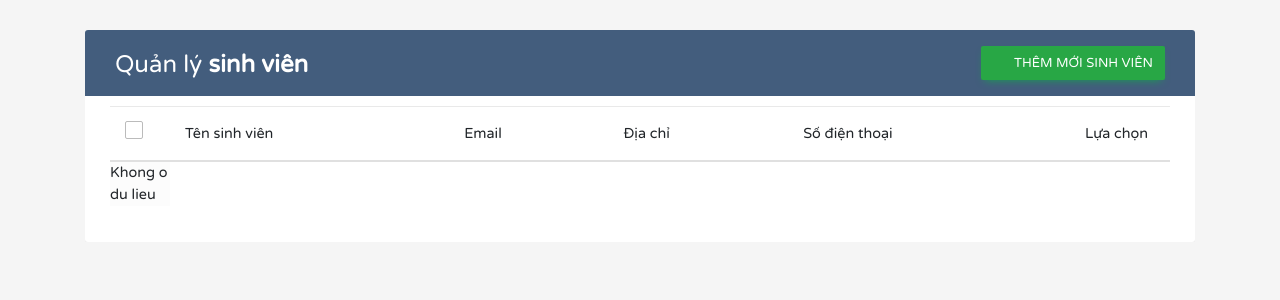
Repository: TinhTT336/MD02_Session06
Page: /
An editor plug-in stored every save of this project. The page is shown before and after the next save, followed by the edit.
The browser window is 1280 px wide. The pictures show the whole page.
Some web libraries are served in a nearby version. The project was rebuilt for these pictures with package versions that can differ from the ones it lists, and the page was loaded fresh each time. Also part of the build but not shown: vite.config.js, src/App.css, src/mini_project/TodoList.jsx, src/mini_project/Todo.jsx, src/base/Input.jsx, src/base/Radio.jsx, src/base/Checkbox.jsx, src/Homework/AddModal.jsx and 2 more.

Above is the page before, as saved 2023-09-03 12:43:57.

### index.html
<!doctype html>
<html lang="en">

<head>
  <meta charset="UTF-8" />
  <link rel="icon" type="image/svg+xml" href="/vite.svg" />
  <meta name="viewport" content="width=device-width, initial-scale=1.0" />
  <title>Vite + React</title>
  <link href="https://cdnjs.cloudflare.com/ajax/libs/font-awesome/6.0.0/css/all.min.css" rel="stylesheet" />
  <link href="https://fonts.googleapis.com/css?family=Roboto:300,400,500,700&display=swap" rel="stylesheet" />
  <link href="https://cdnjs.cloudflare.com/ajax/libs/mdb-ui-kit/6.2.0/mdb.min.css" rel="stylesheet" />
  <link rel="stylesheet" href="https://fonts.googleapis.com/css?family=Roboto|Varela+Round">
  <link rel="stylesheet" href="https://stackpath.bootstrapcdn.com/bootstrap/4.5.0/css/bootstrap.min.css">
  <link rel="stylesheet" href="https://fonts.googleapis.com/icon?family=Material+Icons">
  <link rel="stylesheet" href="https://maxcdn.bootstrapcdn.com/font-awesome/4.7.0/css/font-awesome.min.css">
  <link rel="stylesheet" href="./public/css/index.css">

</head>

<body>
  <div id="root"></div>
  <script type="module" src="/src/main.jsx"></script>
</body>

</html>

### public/css/index.css
body {
	color: #566787;
	background: #f5f5f5;
	font-family: 'Varela Round', sans-serif;
	font-size: 13px;
}

.table-responsive {
	margin: 30px 0;
}

.table-wrapper {
	background: #fff;
	padding: 20px 25px;
	border-radius: 3px;
	min-width: 1000px;
	box-shadow: 0 1px 1px rgba(0, 0, 0, .05);
}

.table-title {
	padding-bottom: 15px;
	background: #435d7d;
	color: #fff;
	padding: 16px 30px;
	min-width: 100%;
	margin: -20px -25px 10px;
	border-radius: 3px 3px 0 0;
}

.table-title h2 {
	margin: 5px 0 0;
	font-size: 24px;
}

.table-title .btn-group {
	float: right;
}

.table-title .btn {
	color: #fff;
	float: right;
	font-size: 13px;
	border: none;
	min-width: 50px;
	border-radius: 2px;
	border: none;
	outline: none !important;
	margin-left: 10px;
}

.table-title .btn i {
	float: left;
	font-size: 21px;
	margin-right: 5px;
}

.table-title .btn span {
	float: left;
	margin-top: 2px;
}

table.table tr th,
table.table tr td {
	border-color: #e9e9e9;
	padding: 12px 15px;
	vertical-align: middle;
}

table.table tr th:first-child {
	width: 60px;
}

table.table tr th:last-child {
	width: 100px;
}

table.table-striped tbody tr:nth-of-type(odd) {
	background-color: #fcfcfc;
}

table.table-striped.table-hover tbody tr:hover {
	background: #f5f5f5;
}

table.table th i {
	font-size: 13px;
	margin: 0 5px;
	cursor: pointer;
}

table.table td:last-child i {
	opacity: 0.9;
	font-size: 22px;
	margin: 0 5px;
}

table.table td a {
	font-weight: bold;
	color: #566787;
	display: inline-block;
	text-decoration: none;
	outline: none !important;
}

table.table td a:hover {
	color: #2196F3;
}

table.table td a.edit {
	color: #FFC107;
}

table.table td a.delete {
	color: #F44336;
}

table.table td i {
	font-size: 19px;
}

table.table .avatar {
	border-radius: 50%;
	vertical-align: middle;
	margin-right: 10px;
}

.pagination {
	float: right;
	margin: 0 0 5px;
}

.pagination li a {
	border: none;
	font-size: 13px;
	min-width: 30px;
	min-height: 30px;
	color: #999;
	margin: 0 2px;
	line-height: 30px;
	border-radius: 2px !important;
	text-align: center;
	padding: 0 6px;
}

.pagination li a:hover {
	color: #666;
}

.pagination li.active a,
.pagination li.active a.page-link {
	background: #03A9F4;
}

.pagination li.active a:hover {
	background: #0397d6;
}

.pagination li.disabled i {
	color: #ccc;
}

.pagination li i {
	font-size: 16px;
	padding-top: 6px
}

.hint-text {
	float: left;
	margin-top: 10px;
	font-size: 13px;
}

/* Custom checkbox */
.custom-checkbox {
	position: relative;
}

.custom-checkbox input[type="checkbox"] {
	opacity: 0;
	position: absolute;
	margin: 5px 0 0 3px;
	z-index: 9;
}

.custom-checkbox label:before {
	width: 18px;
	height: 18px;
}

.custom-checkbox label:before {
	content: '';
	margin-right: 10px;
	display: inline-block;
	vertical-align: text-top;
	background: white;
	border: 1px solid #bbb;
	border-radius: 2px;
	box-sizing: border-box;
	z-index: 2;
}

.custom-checkbox input[type="checkbox"]:checked+label:after {
	content: '';
	position: absolute;
	left: 6px;
	top: 3px;
	width: 6px;
	height: 11px;
	border: solid #000;
	border-width: 0 3px 3px 0;
	transform: inherit;
	z-index: 3;
	transform: rotateZ(45deg);
}

.custom-checkbox input[type="checkbox"]:checked+label:before {
	border-color: #03A9F4;
	background: #03A9F4;
}

.custom-checkbox input[type="checkbox"]:checked+label:after {
	border-color: #fff;
}

.custom-checkbox input[type="checkbox"]:disabled+label:before {
	color: #b8b8b8;
	cursor: auto;
	box-shadow: none;
	background: #ddd;
}

/* Modal styles */
.modal .modal-dialog {
	max-width: 400px;
}

.modal .modal-header,
.modal .modal-body,
.modal .modal-footer {
	padding: 20px 30px;
}

.modal .modal-content {
	border-radius: 3px;
	font-size: 14px;
}

.modal .modal-footer {
	background: #ecf0f1;
	border-radius: 0 0 3px 3px;
}

.modal .modal-title {
	display: inline-block;
}

.modal .form-control {
	border-radius: 2px;
	box-shadow: none;
	border-color: #dddddd;
}

.modal textarea.form-control {
	resize: vertical;
}

.modal .btn {
	border-radius: 2px;
	min-width: 100px;
}

.modal form label {
	font-weight: normal;
}

### src/App.jsx
import { useState } from "react";
import reactLogo from "./assets/react.svg";
import viteLogo from "/vite.svg";
import "./App.css";
import TodoList from "./mini_project/TodoList";
import Todo from "./mini_project/Todo";
import Input from "./base/Input";
import Radio from "./base/Radio";
import Checkbox from "./base/Checkbox";
import Index from "./Homework/Index";

function App() {
  const [count, setCount] = useState(0);

  return (
    <>
      {/* <TodoList /> */}
      {/* <Todo /> */}
      {/* <Input /> */}
      {/* <Radio /> */}
      {/* <Checkbox /> */}
      <Index />
    </>
  );
}

export default App;

### src/Homework/Index.jsx
import React from 'react'
import Table from './Table'
import AddModal from './AddModal'
import EditModal from './EditModal'

export default function Index() {
    return (
        <div>
            <Table />
            {/* <AddModal /> */}
            {/* <EditModal /> */}
        </div>
    )
}

### src/Homework/Table.jsx
import React, { useState } from 'react'
import AddModal from './AddModal';

export default function Table() {
    const [showAdd, setShowAdd] = useState(false);
    const [showEdit, setShowEdit] = useState(false);
    const [showDelete, setShowDelete] = useState(false);
    const [listStudent, setListStudent] = useState(() => {
        const students = JSON.parse(localStorage.getItem('students')) || [];
        return students;
    })

    // ham hien form add
    const handleShowAdd = () => {
        setShowAdd(true);
    }
    // ham an form add
    const handleCloseAdd = () => {
        setShowAdd(false);
    }
    return (
        <>
            {showAdd ? (<AddModal handleCloseAdd={handleCloseAdd} listStudent={listStudent} />) : (<></>)}
            <div className="container-xl">
                <div className="table-responsive">
                    <div className="table-wrapper">
                        <div className="table-title">
                            <div className="row">
                                <div className="col-sm-6">
                                    <h2>
                                        Quản lý <b>sinh viên</b>
                                    </h2>
                                </div>
                                <div className="col-sm-6">
                                    <a onClick={handleShowAdd}
                                        className="btn
                              btn-success"
                                        data-toggle="modal"
                                    >
                                        <i className="material-icons"></i>
                                        <span>Thêm mới sinh viên</span>
                                    </a>
                                </div>
                            </div>
                        </div>
                        <table className="table table-striped table-hover">
                            <thead>
                                <tr>
                                    <th>
                                        <span className="custom-checkbox">
                                            <input type="checkbox" id="selectAll" />
                                            <label htmlFor="selectAll" />
                                        </span>
                                    </th>
                                    <th>Tên sinh viên</th>
                                    <th>Email</th>
                                    <th>Địa chỉ</th>
                                    <th>Số điện thoại</th>
                                    <th>Lựa chọn</th>
                                </tr>
                            </thead>
                            <tbody>
                                {listStudent.length === 0 ? (<tr>Khong o du lieu</tr>) : (listStudent.map(st => (
                                    <tr>
                                        <td>
                                            <span className="custom-checkbox">
                                                <input
                                                    type="checkbox"
                                                    id="checkbox5"
                                                    name="options[]"
                                                />
                                                <label htmlFor="checkbox5" />
                                            </span>
                                        </td>
                                        <td>{st.studentName}</td>
                                        <td>{st.email}</td>
                                        <td>{st.address}</td>
                                        <td>{st.phoneNumber}</td>
                                        <td>
                                            <a href="#editEmployeeModal" className="edit" data-toggle="modal">
                                                <i
                                                    className="material-icons"
                                                    title="Edit"
                                                >
                                                    
                                                </i>
                                            </a>
                                            <a
                                                href="#deleteEmployeeModal"
                                                className="delete"
                                            >
                                                <i
                                                    className="material-icons"
                                                    data-toggle="tooltip"
                                                    title="Delete"
                                                >
                                                    
                                                </i>
                                            </a>
                                        </td>
                                    </tr>
                                )))}
                            </tbody>
                        </table>
                    </div>
                </div>
            </div>

        </>
    )
}

Loaded but not shown: src/main.jsx (common file)

After the next save:
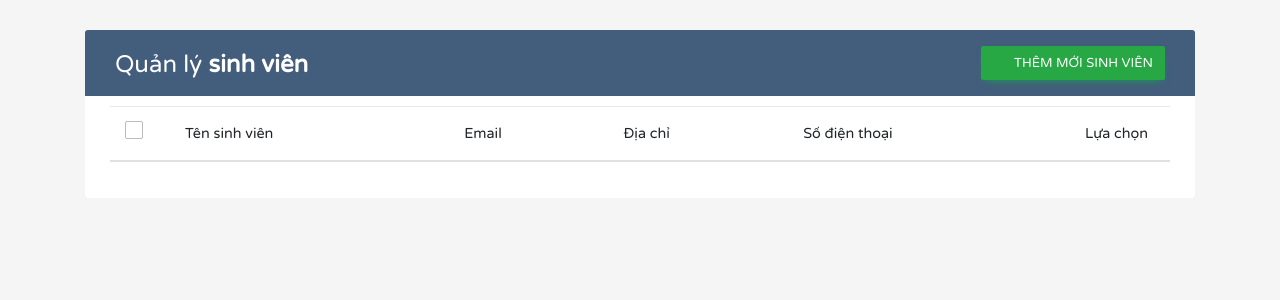
Saved 2 min 6 s later.
--- a/src/Homework/Table.jsx
+++ b/src/Homework/Table.jsx
@@ -60,7 +60,8 @@ export default function Table() {
                                 </tr>
                             </thead>
                             <tbody>
-                                {listStudent.length === 0 ? (<tr>Khong o du lieu</tr>) : (listStudent.map(st => (
+                                {/* {listStudent.length === 0 ? (<tr>Khong co du lieu</tr>) : */}
+                                {(listStudent.map(st => (
                                     <tr>
                                         <td>
                                             <span className="custom-checkbox">
